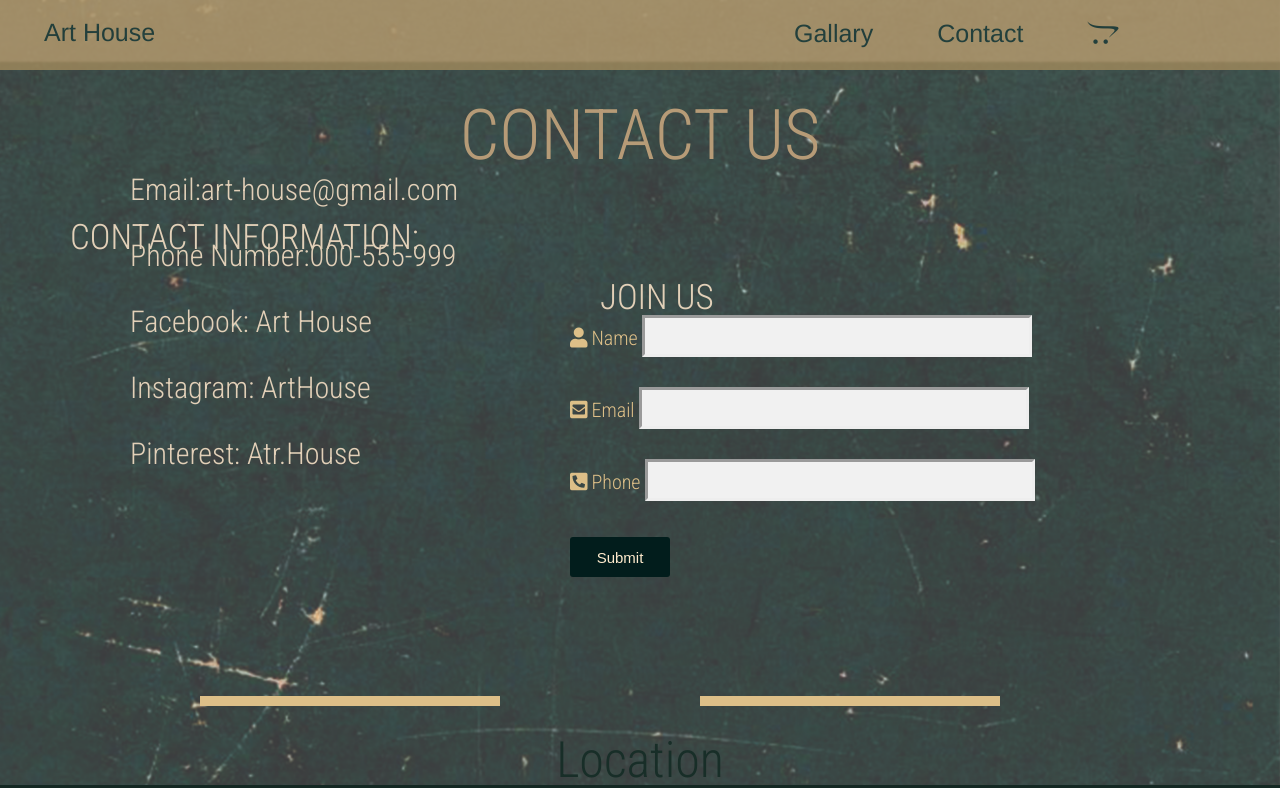
Repository: merge-confilicts/art-house
Page: html/contact-us.html
These files come from the project's save history. The page is drawn as it stood at one moment and after a run of saves; the edit follows.
The browser window is 1280 px wide. The pictures show the part of the page from y = 0 to 788 px (the page is 1739 px tall).
Pictures or frames that could not be fetched are drawn as grey boxes. A picture or video elsewhere on the page could not be fetched, so the positions and the page height are approximate.

Above is the page before, as saved 2021-05-26 01:01:58.

### html/contact-us.html
<!DOCTYPE html>
<html lang="en">

<head>
    <meta charset="UTF-8">
    <meta http-equiv="X-UA-Compatible" content="IE=edge">
    <meta name="viewport" content="width=device-width, initial-scale=1.0">
    <title>Art house</title>
    <l<link rel="preconnect" href="https://fonts.gstatic.com">
        <link
            href="https://fonts.googleapis.com/css2?family=Noto+Sans+JP:wght@300&family=Roboto+Condensed:wght@300&family=Tajawal:wght@300&display=swap"
            rel="stylesheet">
        <link href="css/reset.css" rel="stylesheet">
        <link href="../css/cantactUs.css" rel="stylesheet">
        <link rel="stylesheet" href="https://use.fontawesome.com/releases/v5.15.3/css/all.css"
            integrity="sha384-SZXxX4whJ79/gErwcOYf+zWLeJdY/qpuqC4cAa9rOGUstPomtqpuNWT9wdPEn2fk" crossorigin="anonymous">
</head>

<body>
    <h1>CONTACT US</h1>
    <h2>CONTACT INFORMATION:</h2>
    <header id="header">
        <nav>
            <ul>
                <li><a href="/index.html">Art House</a></li>
                <li><a href="/html/gallery.html">Gallary</a></li>
                <li><a href="#">Contact</a></li>
                <li><a href="/html/shopping-page.html"><i class="fab fa-opencart"></i>
            </ul>
        </nav>
        <div id="info">
            <ul>
                <li>
                    <a href="#">Email:art-house@gmail.com</a>
                </li><br /><br />
                <li>
                    <a href="#">Phone Number:000-555-999</a>
                </li><br /><br />
                <li>
                    <a href="#" id="fa">Facebook: Art House</a>
                </li><br /><br />
                <li>
                    <a href="#">Instagram: ArtHouse</a>
                </li><br /><br />
                <li>
                    <a href="#">Pinterest: Atr.House</a>
                </li><br /><br />
            </ul>
        </div>
        <img src="../Images/2.jpg" alt="" id='mainimg'>
    </header>
    <main>
        <article>
            <section class="right">
                <div>
                    <h2>JOIN US</h2>
                    <form action="" id="joinForm">
                        <fieldset>
                            <i class="fas fa-user"></i>
                            <label for="Name">Name</label>
                            <input id="name" class="input " name="Name" type="text" placholder="Name" required><br>

                            <i class="fas fa-envelope-square"></i>
                            <label for="Email">Email</label>
                            <input id="email" class="input " name="Email" type="text" placholder="Email" required><br>

                            <i class="fas fa-phone-square-alt"></i>
                            <label for="Phone">Phone </label>
                            <input id="Phone" class="input " name="Phone" type="text" placholder="Phone"
                                required><br><br>

                            <input id="submit" name="submit" type="submit" placholder="submit" /><br><br>
                        </fieldset>
                    </form>
                </div>
                <!-- <h4> Mesaage :</h4> -->
                <div id="message">
                    <p id="submitm">You are submitted successfully</p>
                    <button id="xsubmit">ok</button>
                </div>
            </section>
            <section class="map">
                <h3> Location</h3>
                <div class="mapouter">
                    <div class="gmap_canvas"><iframe width="1200px" height="500px" id="gmap_canvas"
                            src="https://maps.google.com/maps?q=amman%20jordan&t=&z=13&ie=UTF8&iwloc=&output=embed"
                            frameborder="0" scrolling="no" marginheight="0" marginwidth="0"></iframe>
                        <style>
                            .mapouter {
                                top: 0px;
                                position: relative;
                                text-align: right;
                                border: 3px solid #142823;
                            }
                        </style>
                        <a href="https://www.embedgooglemap.net">google map code for website</a>
                        <style>
                            .gmap_canvas {
                                overflow: hidden;
                                /* background: none !important; */
                                height: "100%";
                                width: "100%";
                            }

                            a {
                                text-align: none;
                                color: #142823;
                            }
                        </style>
                    </div>
                </div> -->
                <span></span>
                <span id='lineright'></span>
            </section>
        </article>
        <!--...................our Team-->
        <h2 id="teamm">OUR TEAM</h2>
        <section class="divv">
            <div id="div1">
                <img src="https://cdn4.iconfinder.com/data/icons/small-n-flat/24/user-alt-512.png" width=150px />
                <h2 id="h11">member name</h2>
            </div>
            <div id="div2">
                <img src="https://cdn4.iconfinder.com/data/icons/small-n-flat/24/user-alt-512.png" width=150px />
                <h2 id="h22">member name</h2>
            </div>
            <div id="div3">
                <img src="https://cdn4.iconfinder.com/data/icons/small-n-flat/24/user-alt-512.png" width=150px />
                <h2 id="h33">member name</h2>
            </div>
            <div id="div4">
                <img src="https://cdn4.iconfinder.com/data/icons/small-n-flat/24/user-alt-512.png" width=150px />
                <h2 id="h44">member name</h2>
            </div>
            <div id="div5">
                <img src="https://cdn4.iconfinder.com/data/icons/small-n-flat/24/user-alt-512.png" width=150px />
                <h2 id="h55">member name</h2>
            </div>
    </main>
    <footer>
        <p><i class="far fa-copyright"></i> Art-House 2021</p>
        <span></span>
        <a href="#"> <i class="fab fa-facebook"></i></a>
        <a href="#"> <i class="fab fa-instagram"></i></i></a>
        <a href="#"> <i class="fab fa-twitter"></i></i></a>
        <a href="#"><i class="fab fa-pinterest"></i></i></a>
    </footer>
    <script src="../js/submit.js"></script>
</body>
</html>

### css/cantactUs.css

@import url(https://fonts.googleapis.com/css?family=Source+Sans+Pro:200,300);
@prim: #53e3a6;

body{
    background-color: #F4EBD0;
}


#header nav{
    background-color: #a38b5d;
    opacity: .8;
    height: 70px;
    top:0px;
    left: -6px;
    position: fixed;
    width: 101%;
}
#header ul li {
    display: inline-block;
    margin-left: 0px;
    padding-top: 20px;
    left: 800px;
    position: relative;
    margin-right: 60px;

}
#header ul li:first-child{
    left:50px;
    font-size: 25px;
    position: absolute;
}

#header nav ul li a {
    font-size: 25px;
    text-decoration: none;
    color: #062a26;
    font-family:'Franklin Gothic Medium', 'Arial Narrow', Arial, sans-serif;
    opacity: 1;
}

#mainimg{
    position: absolute;
    top:0%;
    left: 0px;
    width:100%;
    z-index:-1;
}

h1{
    text-align:center;
    font-family: 'Noto Sans JP', sans-serif;
    font-family: 'Roboto Condensed', sans-serif;
    font-size: 40px;
    color: #B69B77;
    font-size: 70px;
    top: 100px;
    position: relative;
    margin-bottom: 150px;

}
h2{
    font-family: 'Noto Sans JP', sans-serif;
    font-family: 'Roboto Condensed', sans-serif;
    color: #E2D0B8;
    margin-left:70px;
    margin-top: 40px;
    font-size: 35px;
}

#info{
    right: 670px;
    top: -100px;
    position: relative;
}

#info ul li a {
    text-decoration: none;
    font-family: 'Noto Sans JP', sans-serif;
    font-family: 'Roboto Condensed', sans-serif;
    color: #E2D0B8;
    font-size: 30px;
}


.right{
    top:240px;
    left:450px;
    padding-bottom:20% ;
    margin-bottom: 100px;
    width: 40%;
    height:50% ;
    position: absolute;

}
article section h2 {
    font-family: 'Noto Sans JP', sans-serif;
    font-family: 'Roboto Condensed', sans-serif;
    color: #E2D0B8;
    margin-left: 150px;
    margin-top: 40px;
    font-size: 35px;

}

form {
   width: 100%;
   height: 70%;
   margin-left: 120px;
   padding: 20px 0px 20px 0px;
   position: relative;
	z-index: 2;
    animation-duration: 22s;
    box-sizing: border-box;
    outline: none;
    border: none;
}
form fieldset{
    border: none;
}
form fieldset label{
    top: -35px;
    position: relative;
    color: #DDBF88;
    font-family: 'Noto Sans JP', sans-serif;
    font-family: 'Roboto Condensed', sans-serif;
    font-size: 20px;
}
form fieldset i {
    top: -35px;
    position: relative;
    color: #DDBF88;
    font-family: Roboto Condensed', sans-serif';
    font-size: 20px;
}

form .input {
     width: 380px;
     display: inline-block;
     border: none;
     background: #f1f1f1;
     padding-top: 20px;
     border-style: inset;
     margin-top: 10px;
     margin-bottom: 20px;
 }

form fieldset input{
    top: -30px;
    position: relative;
}
form .input:hover {
    background-color: fade(white, 40%);
}

form .input:focus{
    opacity: 1;
    width: 35em;
}

@keyframes flying {
    from {
      transform: translate(0, 0) scale(1) rotateX(0deg);
    }
    to {
      transform: translate(10em, -7em) scale(.215)rotateX(-100deg);
    }
}


#submit{
    background-color: #021d1c;
    color: blanchedalmond;
    appearance: none;
    outline: 0;
    border: 0;
    padding: 10px 15px;
    border-radius: 3px;
    width: 100px;
    height: 40px;
    cursor: pointer;
    font-size:15px;

}

#submit:hover{
    padding: 10px 15px;
    border:none;
    cursor:pointer;
    font-weight:bold;
    color: #fcfcfc;
    background-color: #10221e;
    width: 100px;
    height: 40px;
    font-size:15px;
    font-weight:bold;

  }

#message{
    top: -200px;
    right: 400px;
    position: relative;
    border: 4px solid #142823 ;
    background-color: #eed5a8;
    height: 120px;
}

#submitm{
    left:90px;
    position: relative;
    font-size: 25px;
    color:rgb(17, 16, 16);
    top: 0px;
    font-family: 'Noto Sans JP', sans-serif;
    font-family: 'Roboto Condensed', sans-serif;
}

#xsubmit{

   left: 180px;
   top: -15px;
   position: relative;
   z-index: 15;
   width: 100px;
   height:30px;
   font-size: 15px;
   font-weight: bold;
   display: none;
   background-color: #142823;
   color: #eed5a8;
   font-family: 'Noto Sans JP', sans-serif;
   font-family: 'Roboto Condensed', sans-serif;
}


h3{
    font-family: 'Noto Sans JP', sans-serif;
    font-family: 'Roboto Condensed', sans-serif;
    color: #182e28;
    font-size: 50px;
    text-align:center;
    /* padding-right: 10px; */
    padding-top: 150px;

}
section span{
    display: block;
    top: -630px;
    left:200px;
    position: relative;
    background-color:#DDBF88 ;
    height:10px;
    border:#DDBF88 ;
    width: 300px;
}
#lineright{
    display: block;
    top: -640px;
    left:700px;
    position: relative;
    background-color:#DDBF88 ;
    height:10px;
    border:#DDBF88 ;
    width: 300px;
}

/*................our team*/

#teamm{
    text-align: center;
    margin-left:-50px ;
    padding-top: 20px;
    font-family: 'Noto Sans JP', sans-serif;
    font-family: 'Roboto Condensed', sans-serif;
    color: #142823;
    font-size: 35px;

}
.divv{
    display: flex;
}
#div1{
    width:30%;
    margin: 0px 18px 30px 0px;
    padding-left: 20px;
}

#div2{
    width:30%;
      margin: 0px 18px 30px 0px;
      padding-left: 20px;
}
#div3{
    width:30%;
      margin: 0px 30px 30px 0px;
      padding-left:40px;
}
#div4{
    width:30%;
    float: left;
      margin: 0px 18px 30px 0px;
      padding-left: 20px;
}
#div5{
    width:30%;
      margin: 0px 18px 30px 0px;
      padding-left: 20px;
}
#div6{
    width:30%;
      margin: 0px 18px 30px 0px;
      padding-left: 20px;
}

footer {
    text-align: center;
    background-color: #021d1c;

}
footer p{
    margin-right: 350px;
    color: #C5A86F;
    font-family: 'Roboto Condensed', sans-serif;
    font-size: 20px;
    top: 20px;
    position: relative;
}
footer .fa-copyright{
    color: #C5A86F;
    font-size: 20px;
}
footer span{
    background-color: #C5A86F;
    border: 2px solid #C5A86F;
    left: -10px;
    top:-10px;
    position: relative;
}
footer .fa-facebook{
    position: relative;
    color: #C5A86F;
    font-size: 20px;
    top: -20px;
    position: relative;
}
footer .fa-instagram{
    color: #C5A86F;
    font-size: 20px;
    top: -20px;
    position: relative;
}
footer .fa-twitter{
    color: #C5A86F;
    font-size: 20px;
    top: -20px;
    position: relative;
}
footer .fa-pinterest{
    color: #C5A86F;
    font-size: 20px;
    top: -20px;
    position: relative;
}

### js/submit.js

'use strict'

let form = document.getElementById('joinForm');
let xBtn1 = document.getElementById('xsubmit');
let msgDiv = document.getElementById('message');
xBtn1.style.display = 'none';
form.addEventListener('submit', handelClicks)
let btn1 = document.getElementById('submitm');
btn1.style.display = 'none';
msgDiv.style.display = 'none';

function handelClicks(event) {
    event.preventDefault();
    xBtn1.style.display = 'block';
    if (btn1.style.display = 'none') {
        btn1.style.display = 'block';
    }
    if (msgDiv.style.display = 'none') {
        msgDiv.style.display = 'block';
    }
};
xBtn1.addEventListener('click', handelClicks1);

function handelClicks1(event) {
    event.preventDefault();

    if (btn1.style.display = 'block') {
        btn1.style.display = 'none';
    }
    if (xBtn1.style.display = 'block') {
        xBtn1.style.display = 'none';
    }
    if (msgDiv.style.display = 'block') {
        msgDiv.style.display = 'none';
    }
};

Loaded but not shown: css/reset.css (common file)

After the next 2 saves:
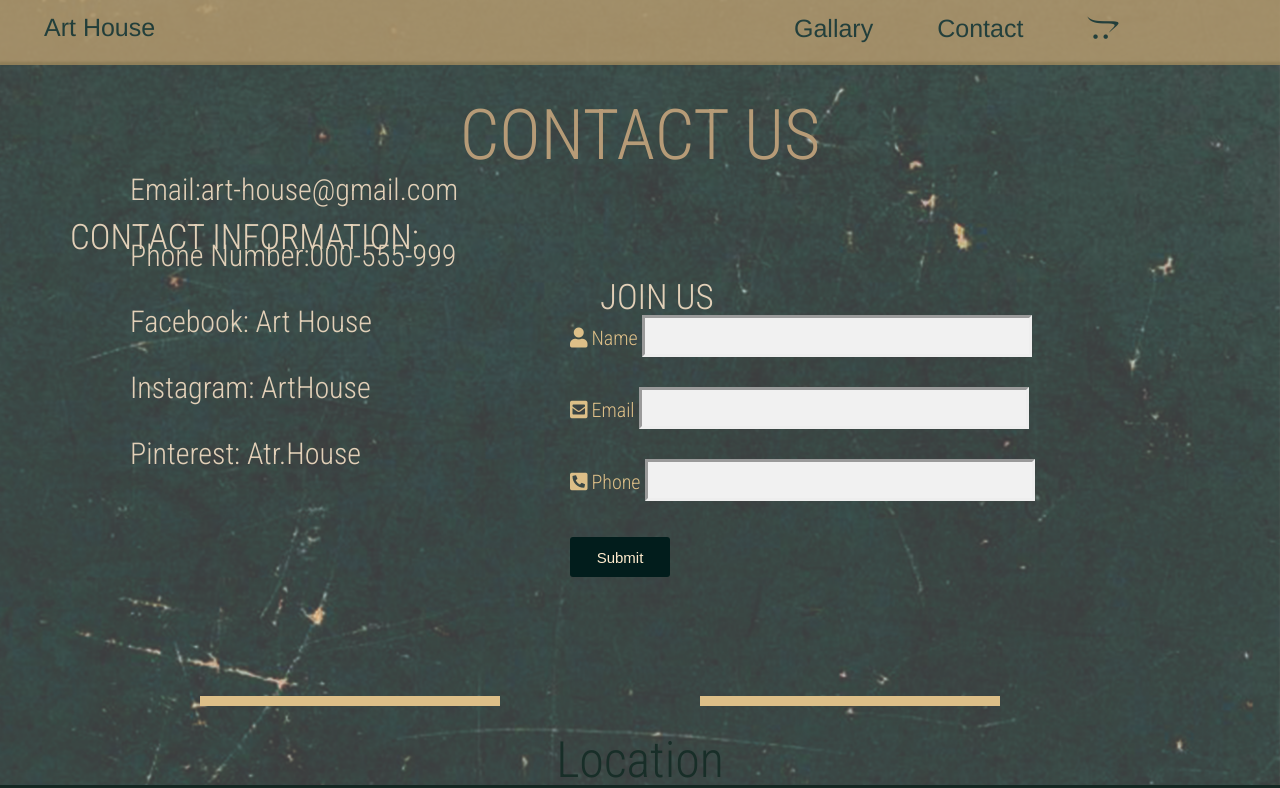
The 2 saves are shown as one change because they came seconds apart.
The last was saved 8 s later.
--- a/css/cantactUs.css
+++ b/css/cantactUs.css
@@ -11,7 +11,7 @@ body{
     background-color: #a38b5d;
     opacity: .8;
     height: 70px;
-    top:0px;
+    top:-5px;
     left: -6px;
     position: fixed;
     width: 101%;
